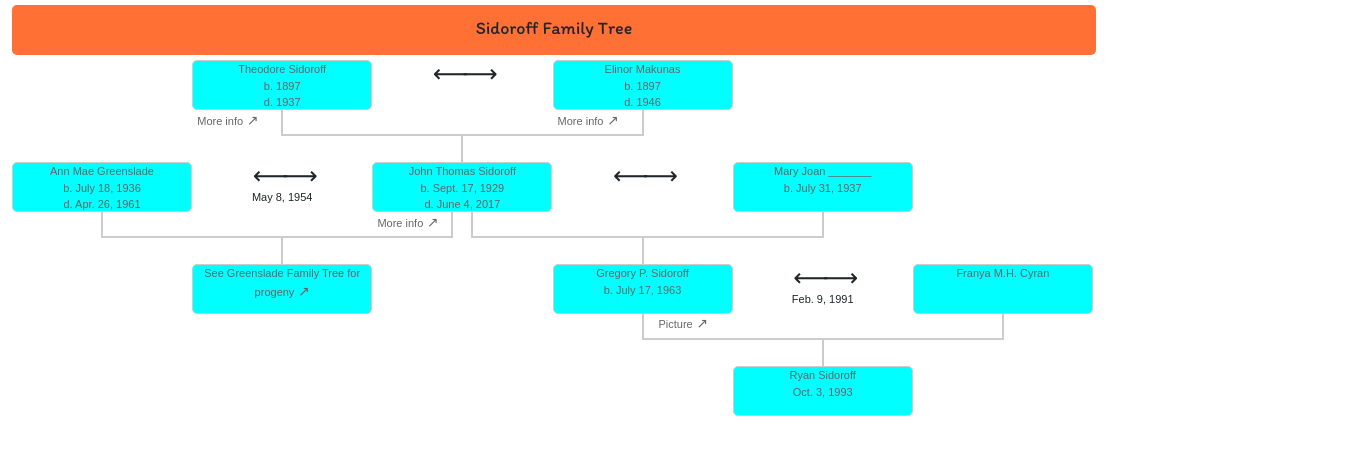
Repository: George2916/GreensladeFamilyTree
Page: familyTreeSidoroff.html
The author's editor kept a record of every edit. The page is drawn from the files as they stood at one moment, then again after the next edit.
The browser window is 1280 px wide. The page is 1350 px wide, so the pictures cover 1350 px, including what lies to the right of the window. The pictures show the whole page.

Above is the page before.

After the next edit:
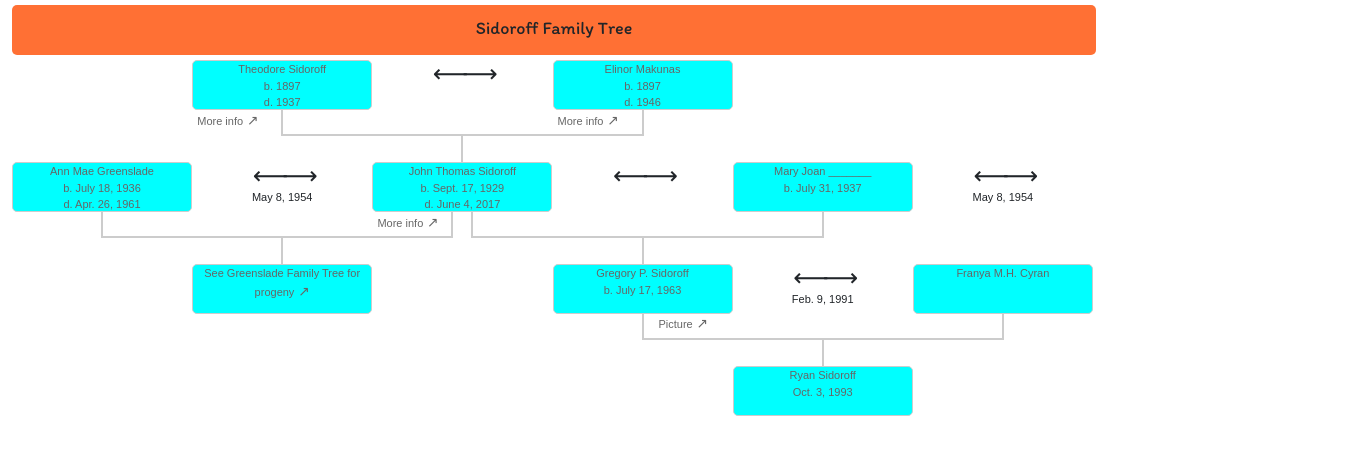
The edit:
--- a/familyTreeSidoroff.html
+++ b/familyTreeSidoroff.html
@@ -51,6 +51,7 @@
 	  <div class="George1"><p>John Thomas Sidoroff<br>b. Sept. 17, 1929<br>d. June 4, 2017</p><div class="moreInfoTwo"><a data-bs-toggle="modal" href="#JohnTSidoroffModal">&nbsp;More info<span class="moreInfoArrow">&nbsp;&#x2197;</span></a></div></div>
 	  <div class="George2"><span class="marriageSign">&#10229;&#10230;</span></div>
 	  <div class="George1"><p>Mary Joan _______<br>b. July 31, 1937</p></div>
+	  <div class="George2"><span class="marriageSign">&#10229;&#10230;</span><br>May 8, 1954</p></div>
   </div>
 
  <div>

After the 3 edits that followed:
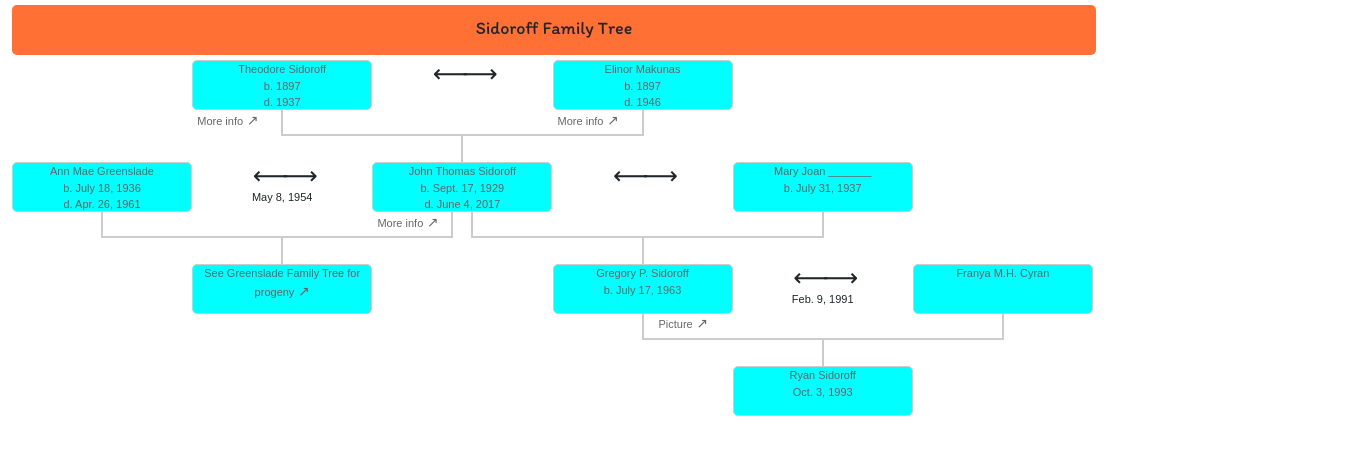
The 3 edits are shown as one change because 2 left the picture as it was.
The edit:
--- a/familyTreeSidoroff.html
+++ b/familyTreeSidoroff.html
@@ -29,6 +29,7 @@
 	   <div class="George2"><span class="marriageSign">&#10229;&#10230;</span></div>
 	   <div class="George1"><p>Elinor Makunas<br>b. 1897<br>d. 1946</p><div class="moreInfoTwo"><a data-bs-toggle="modal" href="#elinorMakunasModal">&nbsp;More info<span class="moreInfoArrow">&nbsp;&#x2197;</span></a></div></div>
 	   <div class="George2"></div>
+	   <div class="George2"></div>
   </div>
 
   <div>
@@ -42,6 +43,7 @@
   	<div class="George2"><svg height="50" width="180">
       <path d="M 90 -2 l 0 27" style="stroke:#ccc;stroke-width:2" />
       <path d="M -5 24 l 95 0" style="stroke:#ccc;stroke-width:2" /></svg></div>
+		<div class="George2"></div>
 		<div class="George2"></div>
 	</div>
 
@@ -51,7 +53,7 @@
 	  <div class="George1"><p>John Thomas Sidoroff<br>b. Sept. 17, 1929<br>d. June 4, 2017</p><div class="moreInfoTwo"><a data-bs-toggle="modal" href="#JohnTSidoroffModal">&nbsp;More info<span class="moreInfoArrow">&nbsp;&#x2197;</span></a></div></div>
 	  <div class="George2"><span class="marriageSign">&#10229;&#10230;</span></div>
 	  <div class="George1"><p>Mary Joan _______<br>b. July 31, 1937</p></div>
-	  <div class="George2"><span class="marriageSign">&#10229;&#10230;</span><br>May 8, 1954</p></div>
+	  <div class="George2"></div>
   </div>
 
  <div>
